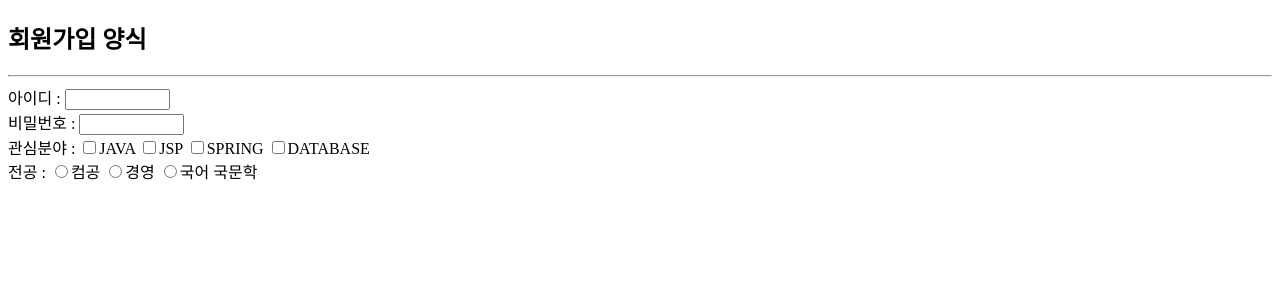
Repository: bbseok97/HTML
Page: HTML/src/main/webapp/form.html
The author's editor kept a copy of each file at every save. The page is drawn from the files as they stood at one save, then again after a run of saves.
The browser window is 1280 px wide. The pictures show the whole page.

Above is the page before, as saved 2024-04-04 03:58:45.

### HTML/src/main/webapp/form.html
<!DOCTYPE html>
<html>
	<head>
		<meta charset="UTF-8">
		<title>form 태그</title>
	</head>
	<body>
		<!-- form 태그는 서버에 데이터를 전송하기 위해서 사용 -->
		<form>
			<h2>회원가입 양식</h2>
			<hr>
			아이디 : <input type="text" size="10"> <br>
			비밀번호 : <input type="password" size="10"><br>


			<!-- checkbox(배열 형식), radio 는 name을 같은 그룹으로 그룹핑해서 사용해요 -->
			관심분야 :
			<input type="checkbox" name="intro">JAVA
			<input type="checkbox" name="intro">JSP
			<input type="checkbox" name="intro">SPRING
			<input type="checkbox" name="intro">DATABASE

			<br>
			전공 :
			<input type="radio" name="major">컴공
			<input type="radio" name="major">경영
			<input type="radio" name="major">국어 국문학


			<br>


		</form>
	</body>
</html>

After the next 2 saves:
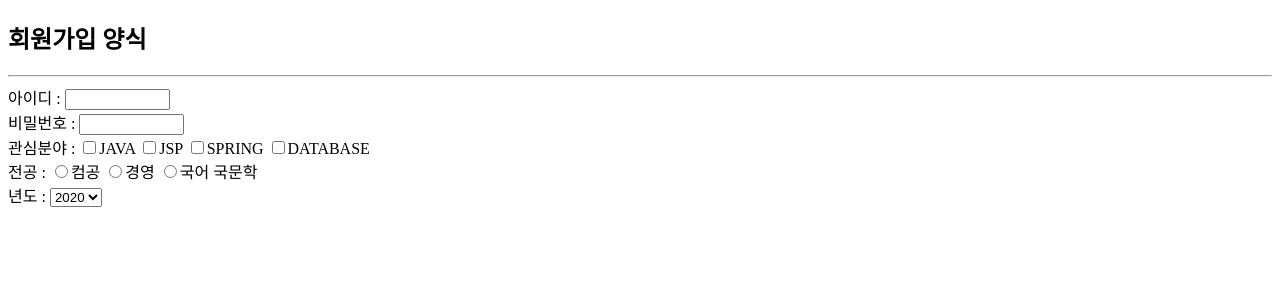
The 2 saves are shown as one change because they came seconds apart.
The last was saved 36 s later.
--- a/HTML/src/main/webapp/form.html
+++ b/HTML/src/main/webapp/form.html
@@ -28,7 +28,14 @@
 
 
 			<br>
-
+			년도 :
+			<select>
+				<option>2020</option>
+				<option>2021</option>
+				<option>2022</option>
+				<option>2023</option>
+				<option>2024</option>
+			</select>
 
 		</form>
 	</body>
